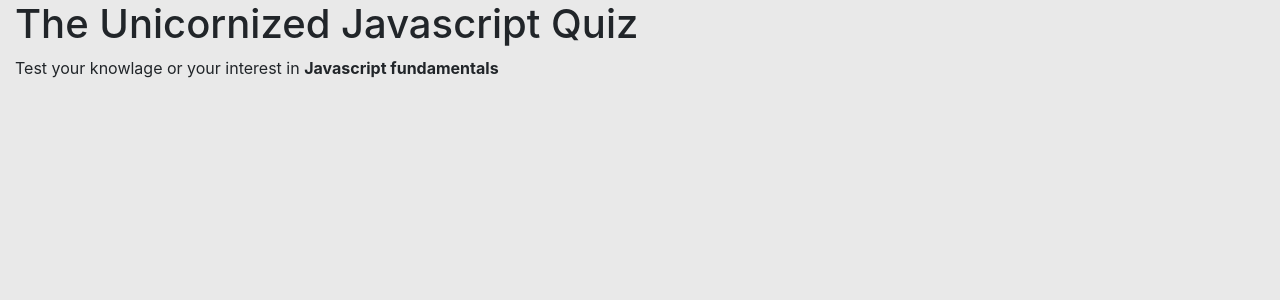
Repository: CharlotteAneriksson/donutQuiz
Page: index.html
The author's editor kept a record of every edit. The page is drawn from the files as they stood at one moment, then again after the next edit.
The browser window is 1280 px wide. The pictures show the whole page.

Above is the page before.

### index.html
<!DOCTYPE html>
<html lang="en">
<head>
    <meta charset="UTF-8">
    <meta name="viewport" content="width=device-width, initial-scale=1.0">
    <meta http-equiv="X-UA-Compatible" content="ie=edge">
    <title>JavaScript Quiz</title>

    <link href="https://fonts.googleapis.com/css?family=Roboto+Mono&display=swap" rel="stylesheet">
    <link rel="stylesheet" href="https://stackpath.bootstrapcdn.com/bootstrap/4.3.1/css/bootstrap.min.css" type="text/css" />
    <link rel="stylesheet" href="css/style.css" type="text/css" >
    <script type="text/javascript" src="scripts/script.js"></script>
</head>
<body>
    <div class="container">
        <header>
            <h1 class="text-capitalize">the unicornized javascript quiz</h1>
            <p>Test your knowlage or your interest in <strong>Javascript fundamentals</strong></p>
        </header>
    </div>
</body>
</html>

### css/style.css
body{
    margin: 0;
    padding: 0;
    width:100vh;
    background-color:#e9e9e9;
}

main{

}

Loaded but not shown: scripts/script.js (no stored copy; drawn as an empty file)

After the next edit:
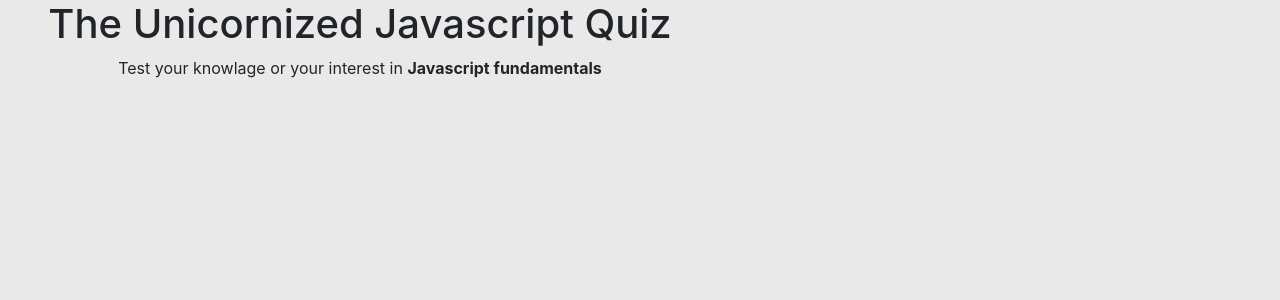
The edit:
--- a/index.html
+++ b/index.html
@@ -12,7 +12,7 @@
     <script type="text/javascript" src="scripts/script.js"></script>
 </head>
 <body>
-    <div class="container">
+    <div class="container text-center">
         <header>
             <h1 class="text-capitalize">the unicornized javascript quiz</h1>
             <p>Test your knowlage or your interest in <strong>Javascript fundamentals</strong></p>
